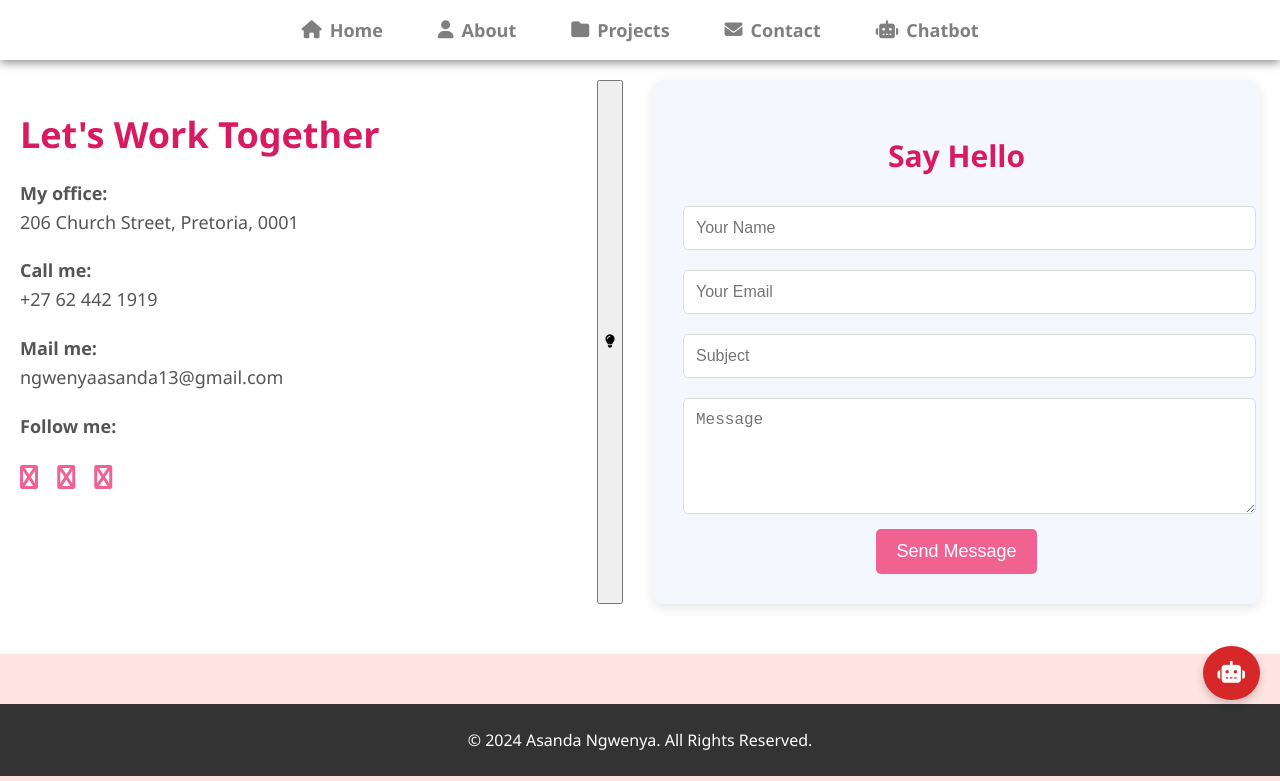
Repository: asandan8106/Asanda-sPortfolio
Page: Portfolio/contact.html
These files come from the project's save history. The page is drawn as it stood at one moment and after the next save; the edit follows.
The browser window is 1280 px wide. The pictures show the whole page.

Above is the page before, as saved 2025-05-19 15:55:21.

### Portfolio/contact.html
<!DOCTYPE html>
<html lang="en">
<head>
    <meta charset="UTF-8">
    <meta name="viewport" content="width=device-width, initial-scale=1.0">
    <title>Contact Us</title>
    <link rel="stylesheet" href="https://cdnjs.cloudflare.com/ajax/libs/font-awesome/4.7.0/css/font-awesome.min.css">
    <link
    href="https://cdnjs.cloudflare.com/ajax/libs/font-awesome/6.5.0/css/all.min.css"
     rel="stylesheet"
    />

      <link rel="stylesheet" href="styles/CSS/contact.css" />

</head>
<body>

    <!-- Navigation Bar -->
    <header>
        <nav class="navbar">
            <div class="icon-bar">
                <a href="index.html"><i class="fa fa-home"></i><span>Home</span></a>
                <a href="About.html"><i class="fa fa-user"></i><span>About</span></a>
                <a href="project.html"><i class="fa fa-folder"></i><span>Projects</span></a>
                <a href="contact.html"><i class="fa fa-envelope"></i><span>Contact</span></a>
                <a href="chatbot.html"><i class="fa fa-robot"></i><span>Chatbot</span></a>
            </div>
        </nav>
    </header>

    <!-- Contact Section -->
    <section class="contact-section">
        <div class="contact-container">
            <!-- Contact Information -->
            <div class="contact-info">
                <h1>Let's Work Together</h1>
                <p><strong>My office:</strong><br>206 Church Street, Pretoria, 0001</p>
                <p><strong>Call me:</strong><br>+27 62 442 1919</p>
                <p><strong>Mail me:</strong><br>ngwenyaasanda13@gmail.com</p>
                <p><strong>Follow me:</strong></p>
                <div class="social-icons">
                    <a href="https://www.twitter.com/NgwenyaAN?t=rSr5NJFgYeAspSVYoNGzhA&s=09"><i class="fa fa-twitter"></i></a>
                    <a href="https://fa-youtube.com/@asanda-ngwenya7207?siMnRrGemXOtye"><i class="fa fa-youtube"></i></a>
                    <a href="https://www.linkedin.com/in/asanda-ngwenya-b72b5b2a9"><i class="fa fa-linkedin"></i></a>
                </div>
            </div>
<button id="theme-toggle" title="Toggle Dark Mode">
  <i class="fa fa-lightbulb-o" aria-hidden="true"></i>
</button>

            <!-- Contact Form -->
            <div class="contact-form">
                <h2>Say Hello</h2>
                <form>
                    <input type="text" placeholder="Your Name" required>
                    <input type="email" placeholder="Your Email" required>
                    <input type="text" placeholder="Subject" required>
                    <textarea placeholder="Message" rows="5" required></textarea>
                    <button type="submit">Send Message</button>
                </form>
            </div>
        </div>
    </section>
<!-- Floating Chatbot Icon for global navigation -->
  <a href="chatbot.html" class="chatbot-float" aria-label="Open Chatbot">
    <i class="fas fa-robot"></i>
  </a>
    <!-- Footer -->
    <footer>
        <p>&copy; 2024 Asanda Ngwenya. All Rights Reserved.</p>
    </footer>
<script>
  const toggleBtn = document.getElementById('theme-toggle');
  const body = document.body;

  // Load theme preference
  if (localStorage.getItem('theme') === 'dark') {
    body.classList.add('dark-mode');
  }

  toggleBtn.addEventListener('click', () => {
    body.classList.toggle('dark-mode');

    // Save preference
    if (body.classList.contains('dark-mode')) {
      localStorage.setItem('theme', 'dark');
    } else {
      localStorage.setItem('theme', 'light');
    }
  });
</script>

</body>
</html>

### Portfolio/styles/CSS/contact.css
   /* General Styles */
        body {
            font-family: 'Segoe UI', Tahoma, Geneva, Verdana, sans-serif;
            margin: 0;
            padding: 0;
            background-color: #ffe4e1; /* Soft Pink */
            color: #333; /* Dark text */
        }

        h1, h2 {
            color: #d81b60; /* Dark pink */
        }

        a {
            text-decoration: none;
            color: #f06292; /* Light pink */
        }

        a:hover {
            text-decoration: underline;
        }

        /* Navigation Bar */
        .navbar {
    display: flex;
    justify-content: center;
    align-items: center;
    background:#fff; /* Transparent black for overlay effect */
    position: fixed;
    top: 0;
    width: 100%;
    height: 60px;
    z-index: 100;
    box-shadow: 0px 2px 10px rgba(0, 0, 0, 0.5);
}

.navbar .icon-bar {
    display: flex;
    gap: 25px;
}

.navbar .icon-bar a {
    text-decoration: none;
    color:rgba(0, 0, 0, 0.5);
    font-size: 18px;
    font-weight: bold;
    display: flex;
    align-items: center;
    transition: color 0.3s, background 0.3s;
    padding: 8px 15px;
    border-radius: 5px;
}

.navbar .icon-bar a i {
    margin-right: 8px;
}

.navbar .icon-bar a:hover {
    color: #d62828;
    background: rgba(255, 255, 255, 0.2);
}

.navbar .icon-bar a span {
    display: inline-block;
}

.navbar-right a:hover {
    color: #ff66b2;
}

        /* Contact Section */
        .contact-section {
            padding: 50px 20px;
            background-color: white;
            text-align: center;
        }

        .contact-container {
            display: flex;
            justify-content: space-between;
            gap: 30px;
            margin-top: 30px;
        }

        .contact-info {
            width: 45%;
            text-align: left;
        }

        .contact-info h1 {
            font-size: 36px;
            color: #d81b60; /* Dark pink */
            margin-bottom: 20px;
        }

        .contact-info p {
            font-size: 18px;
            line-height: 1.6;
            color: #555;
            margin-bottom: 20px;
        }

        .social-icons a {
            color: #f06292; /* Light pink */
            font-size: 24px;
            margin-right: 15px;
            transition: color 0.3s ease;
        }

        .social-icons a:hover {
            color: #d81b60; /* Dark pink */
        }

        .contact-form {
            width: 45%;
            background-color: #f4f7fb;
            padding: 30px;
            border-radius: 10px;
            box-shadow: 0 4px 12px rgba(0, 0, 0, 0.1);
        }

        .contact-form h2 {
            font-size: 30px;
            color: #d81b60;
            margin-bottom: 20px;
        }

        .contact-form form input, .contact-form form textarea {
            width: 100%;
            padding: 12px;
            margin: 10px 0;
            border-radius: 5px;
            border: 1px solid #ddd;
            font-size: 16px;
        }

        .contact-form form button {
            background-color: #f06292; /* Light pink */
            color: white;
            font-size: 18px;
            padding: 12px 20px;
            border-radius: 5px;
            border: none;
            cursor: pointer;
            transition: background-color 0.3s ease;
        }

        .contact-form form button:hover {
            background-color: #ec407a; /* Slightly darker pink */
        }
      /* Floating Chatbot Icon */
.chatbot-float {
    position: fixed;
    bottom: 20px;
    right: 20px;
    background-color: #d62828;
    color: #fff;
    padding: 15px;
    border-radius: 50%;
    text-align: center;
    box-shadow: 0 4px 8px rgba(0, 0, 0, 0.2);
    transition: background 0.3s ease;
    z-index: 999;
    animation: bounce 2.5s infinite;
}

.chatbot-float i {
    font-size: 22px;
}

/* On hover, darken the color */
.chatbot-float:hover {
    background-color: #b71c1c;
}

/* Bounce Animation */
@keyframes bounce {
    0%, 20%, 50%, 80%, 100% {
        transform: translateY(0);
    }

    40% {
        transform: translateY(-10px);
    }

    60% {
        transform: translateY(-5px);
    }
}


        /* Footer */
        footer {
            background-color: #333; /* Black */
            color: white;
            padding: 20px;
            text-align: center;
            margin-top: 50px;
        }

        footer p {
            margin: 5px 0;
        }

        footer a {
            color: #f06292; /* Light pink */
            text-decoration: none;
            font-weight: bold;
        }

        footer a:hover {
            text-decoration: underline;
        }

        /* Responsive Design */
        @media screen and (max-width: 768px) {
            .contact-container {
                flex-direction: column;
                align-items: center;
            }

            .contact-info, .contact-form {
                width: 80%;
            }
        }

        @media screen and (max-width: 480px) {
            .navbar .icon-bar a {
                font-size: 18px;
                margin: 0 8px;
            }

            .contact-form form button {
                font-size: 16px;
            }
        }

After the next save:
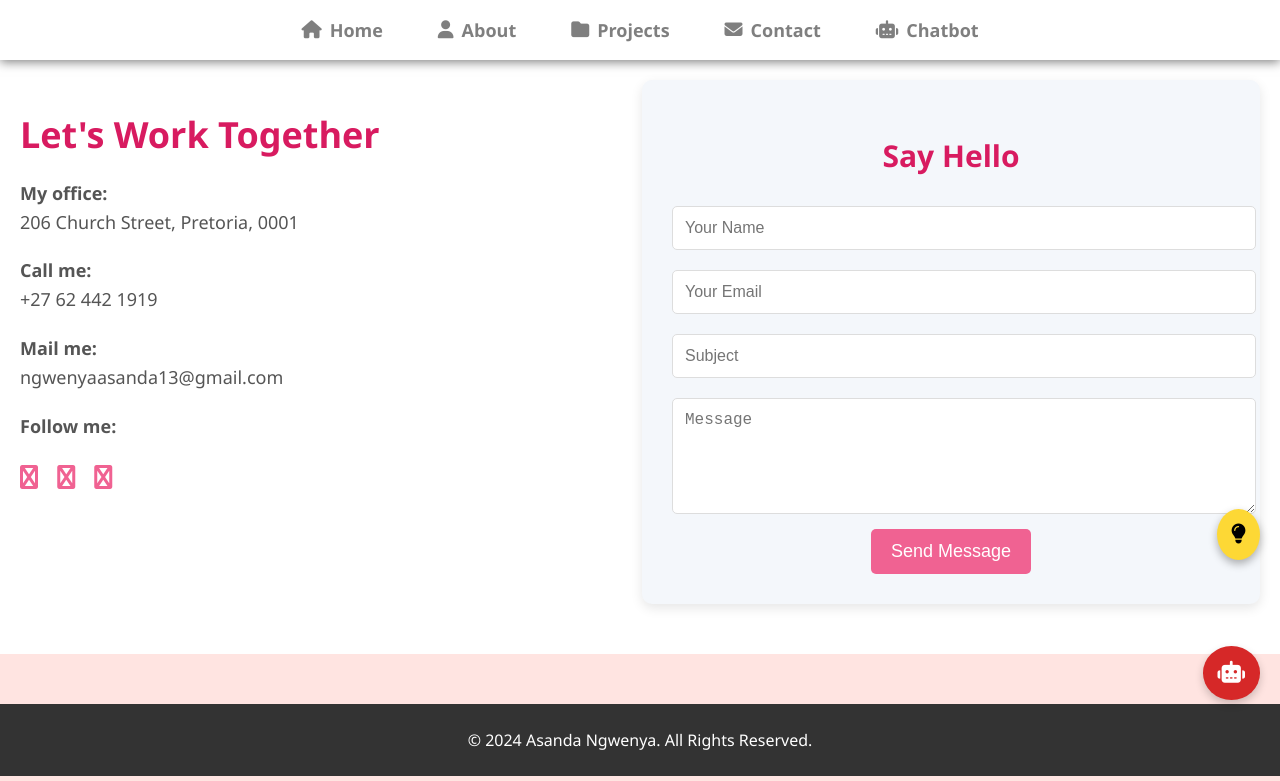
Saved 24 s later.
--- a/Portfolio/styles/CSS/contact.css
+++ b/Portfolio/styles/CSS/contact.css
@@ -234,3 +234,45 @@
                 font-size: 16px;
             }
         }
+    /* Theme Toggle Button */
+#theme-toggle {
+    position: fixed;
+    bottom: 160px;
+    right: 20px;
+    background-color: #fdd835;
+    color: #000;
+    border: none;
+    padding: 14px;
+    border-radius: 50%;
+    font-size: 20px;
+    cursor: pointer;
+    box-shadow: 0 4px 8px rgba(0,0,0,0.3);
+    z-index: 1000;
+    transition: background 0.3s ease, transform 0.3s ease;
+}
+
+#theme-toggle:hover {
+    background-color: #fbc02d;
+    transform: scale(1.1);
+}
+
+/* Dark Mode Styles */
+body.dark-mode {
+    background-color: #121212;
+    color: #f0f0f0;
+}
+
+body.dark-mode footer {
+    background-color: #1e1e1e;
+    color: #ddd;
+}
+
+body.dark-mode a {
+    color: #90caf9;
+}
+
+body.dark-mode .chatbot-float,
+body.dark-mode #back-to-top,
+body.dark-mode #theme-toggle {
+    box-shadow: 0 4px 8px rgba(255, 255, 255, 0.2);
+}
